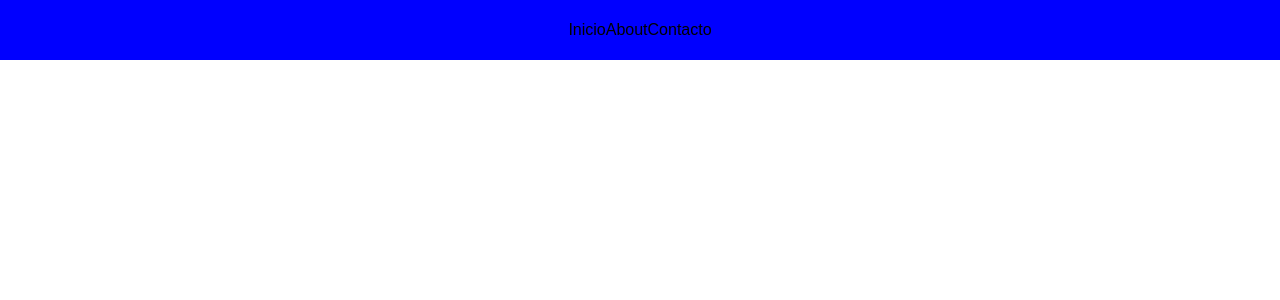
Repository: Toydrum/React-HectorCoronado
Page: /
An editor plug-in stored every save of this project. The page is shown before and after the next save, followed by the edit.
The browser window is 1280 px wide. The pictures show the whole page.
The project was rebuilt for these pictures with package versions that can differ from the ones it lists, and the page was loaded fresh each time. Also part of the build but not shown: src/components/Navbar/Navbar.css.

Above is the page before, as saved 2023-06-03 05:40:32.

### src/App.js
import React from 'react'
import './App.css';

//Components
import NavBar from "./components/NavBar/NavBar"



function App() {
  return (
    <div className="App">
      <NavBar />
    </div>
  );
}

export default App;

### src/components/Navbar/Navbar.js
import React from 'react'
import "./NavBar.css"

const styles = {
  NavBar: {
    display: "flex",
    justifyContent: "space-around",
    alignItems: "center",
    listStyleType: "none",
    fontFamily: "sans-serif",
    backgroundColor: "blue",
    margin:0,
    padding:0,
    height:60
  }
}


const NavBar =() => {
  return (
    <nav style={styles.NavBar}>
      <ul style={styles.NavBar}>
        <li>Inicio</li>
        <li>About</li>
        <li>Contacto</li>
      </ul>
    </nav>
  )
}

export default NavBar

Loaded but not shown: public/index.html (common file); src/index.js (common file); src/index.css (common file); src/App.css (common file)

After the next save:
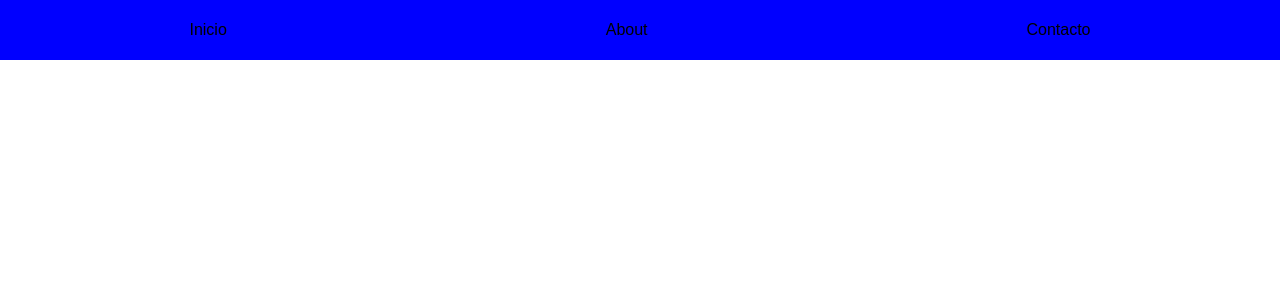
Saved 11 s later.
--- a/src/components/Navbar/Navbar.js
+++ b/src/components/Navbar/Navbar.js
@@ -18,7 +18,7 @@ const styles = {
 
 const NavBar =() => {
   return (
-    <nav style={styles.NavBar}>
+    <nav>
       <ul style={styles.NavBar}>
         <li>Inicio</li>
         <li>About</li>
